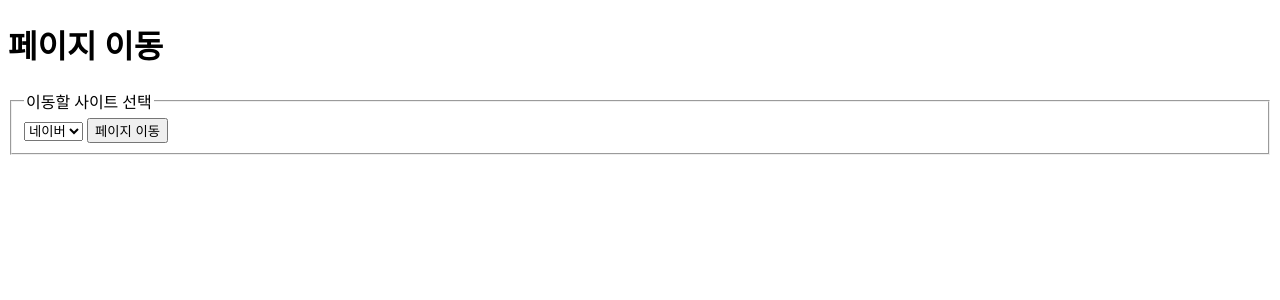
Repository: Jungsol/Servlet_JSP_study
Page: JSP/src/main/webapp/ex12moveURL.html
The author's editor kept a copy of each file at every save. The page is drawn from the files as they stood at one save, then again after the next save.
The browser window is 1280 px wide. The pictures show the whole page.

Above is the page before, as saved 2023-06-16 14:00:05.

### JSP/src/main/webapp/ex12moveURL.html
<!DOCTYPE html>
<html>
<head>
<meta charset="EUC-KR">
<title>Insert title here</title>
</head>
<body>

	<h1> 페이지 이동 </h1>

	<fieldset>
		<legend>이동할 사이트 선택</legend>
		<form action="ex12moveURL.jsp">
			<select name="site">
			<!-- select는 value를 정의하지 않으면 텍스트 그대로 정보가 넘어감 -->
				<option value="naver">네이버</option>
				<option value="daum">다음</option>
				<option value="google">구글</option>
			</select>
			<input type="submit" value="페이지 이동">
		</form>
	</fieldset>
</body>
</html>

After the next save:
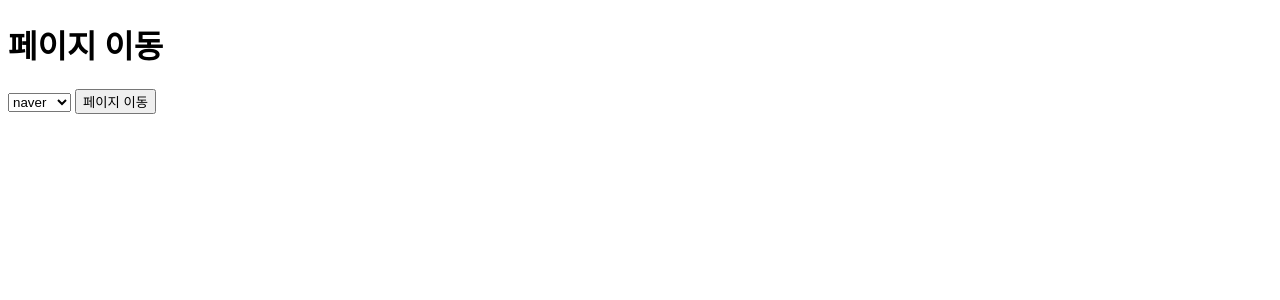
Saved 4 min 9 s later.
--- a/JSP/src/main/webapp/ex12moveURL.html
+++ b/JSP/src/main/webapp/ex12moveURL.html
@@ -7,18 +7,24 @@
 <body>
 
 	<h1> 페이지 이동 </h1>
+	<form action="ex12moveURL.jsp">
 
-	<fieldset>
-		<legend>이동할 사이트 선택</legend>
-		<form action="ex12moveURL.jsp">
-			<select name="site">
-			<!-- select는 value를 정의하지 않으면 텍스트 그대로 정보가 넘어감 -->
-				<option value="naver">네이버</option>
-				<option value="daum">다음</option>
-				<option value="google">구글</option>
-			</select>
-			<input type="submit" value="페이지 이동">
-		</form>
-	</fieldset>
+		<!-- <select name="site">
+		방법1. select는 value를 정의하지 않으면 텍스트 그대로 정보가 넘어감
+			<option value="naver">naver</option>
+			<option>daum</option>
+			<option>google</option>
+		</select> -->
+
+		<!-- 방법2. 넘기는 값을 처음부터 url로 설정했을 때 -->
+		<select name="site">
+			<option value="https://www.naver.com">naver</option>
+			<option value="https://www.daum.net">daum</option>
+			<option value="https://www.google.com">google</option>
+		</select>
+
+
+		<input type="submit" value="페이지 이동">
+	</form>
 </body>
 </html>
